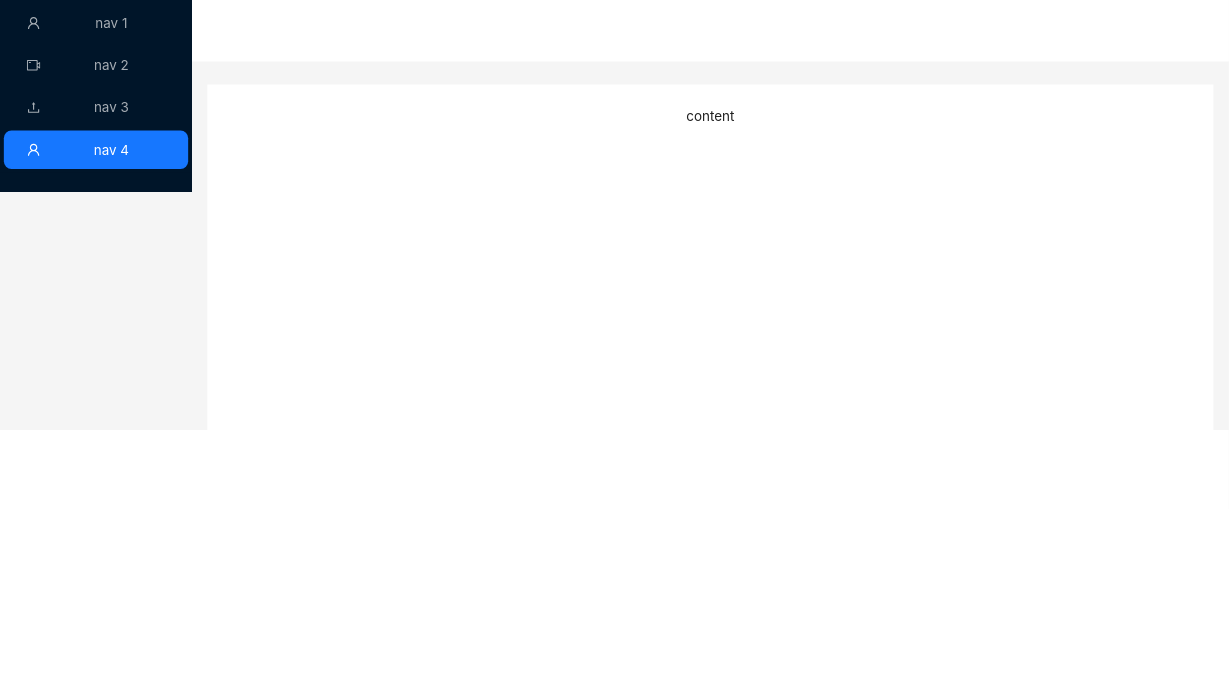
Repository: runner855/todolist_new
Page: /
The author's editor kept a copy of each file at every save. The page is drawn from the files as they stood at one save, then again after the next save.
The browser window is 1280 px wide. The pictures show the whole page, at 96% of full size.
The project was rebuilt for these pictures with package versions that can differ from the ones it lists, and the page was loaded fresh each time.

Above is the page before, as saved 2023-03-19 16:19:01.

After the next save:
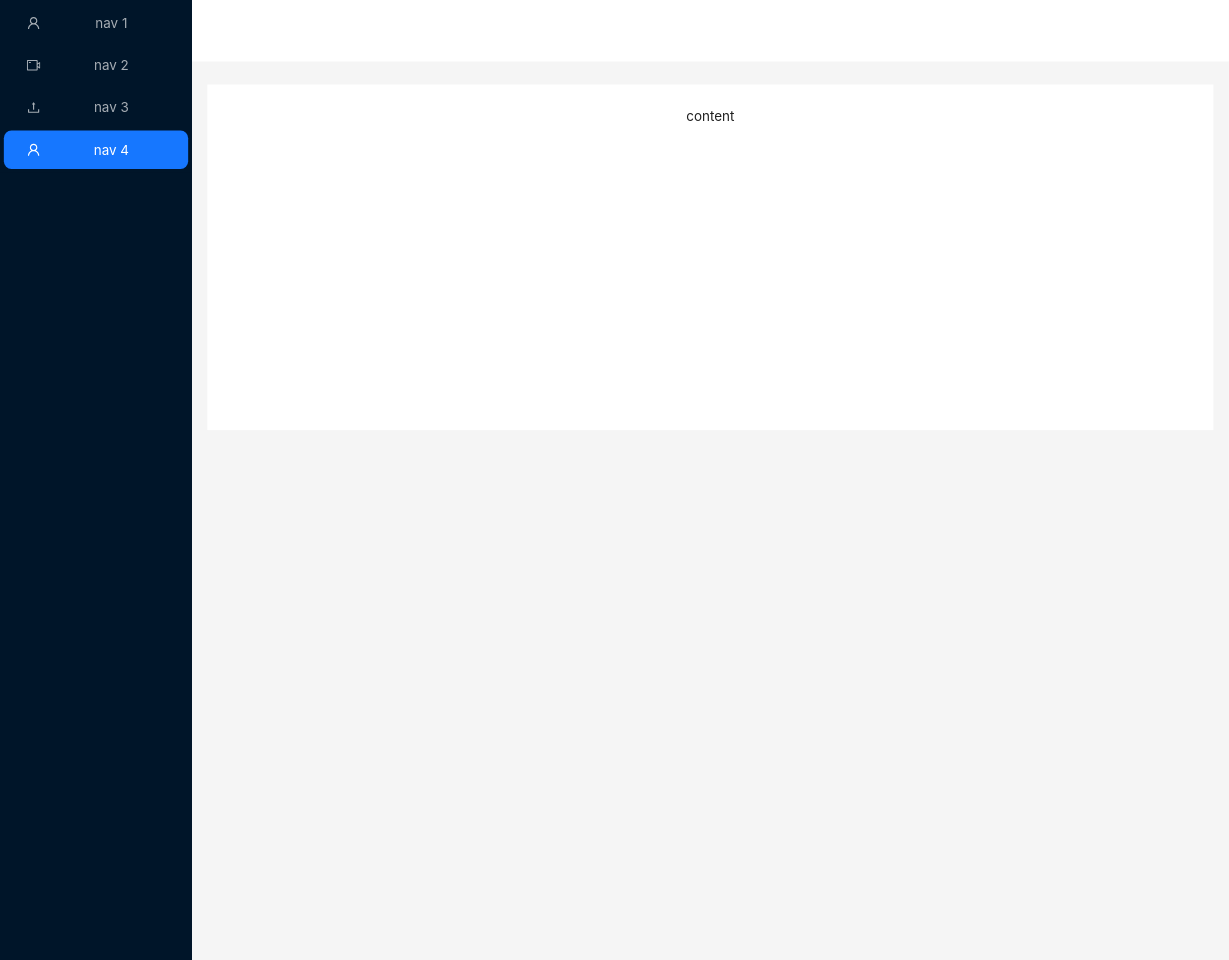
Saved 6 s later.
--- a/src/components/NavBar/NavBar.tsx
+++ b/src/components/NavBar/NavBar.tsx
@@ -16,7 +16,7 @@ export const NavBar = () => {
       <Sider
         breakpoint="lg"
         collapsedWidth="0"
-        style={{height:200}}
+        style={{height:1000}}
         onBreakpoint={(broken) => {
           console.log(broken);
         }}
